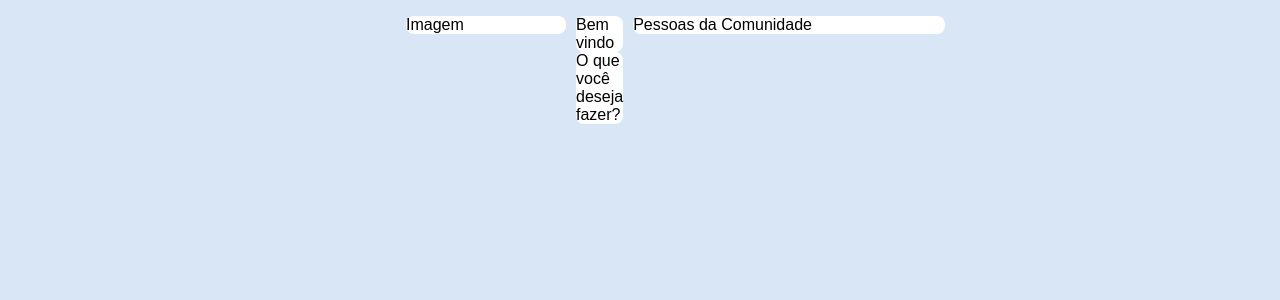
Repository: jminervino/alurakut
Page: /
These files come from the project's save history. The page is drawn as it stood at one moment and after the next save; the edit follows.
The browser window is 1280 px wide. The pictures show the whole page.
The project was rebuilt for these pictures with package versions that can differ from the ones it lists, and the page was loaded fresh each time. The framework's server and built-in components were replaced by stand-ins that run in the browser. Also part of the build but not shown: next.config.js.

Above is the page before, as saved 2022-03-24 11:36:03.

After the next save:
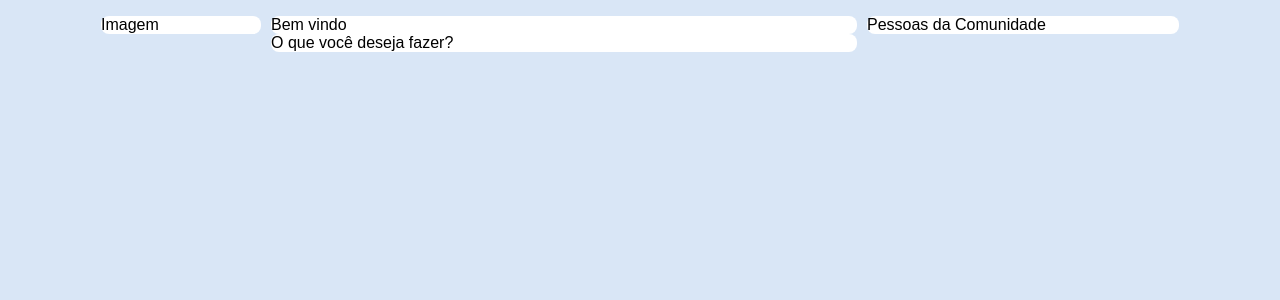
Saved 11 s later.
--- a/pages/index.js
+++ b/pages/index.js
@@ -25,6 +25,7 @@ const MainGrid = styled.main`
   }
 
   @media (min-width: 860px){
+    max-width: 1110px;
     display: grid;
     grid-template-areas:
       "profileArea welcomeArea profileRelationsArea";
